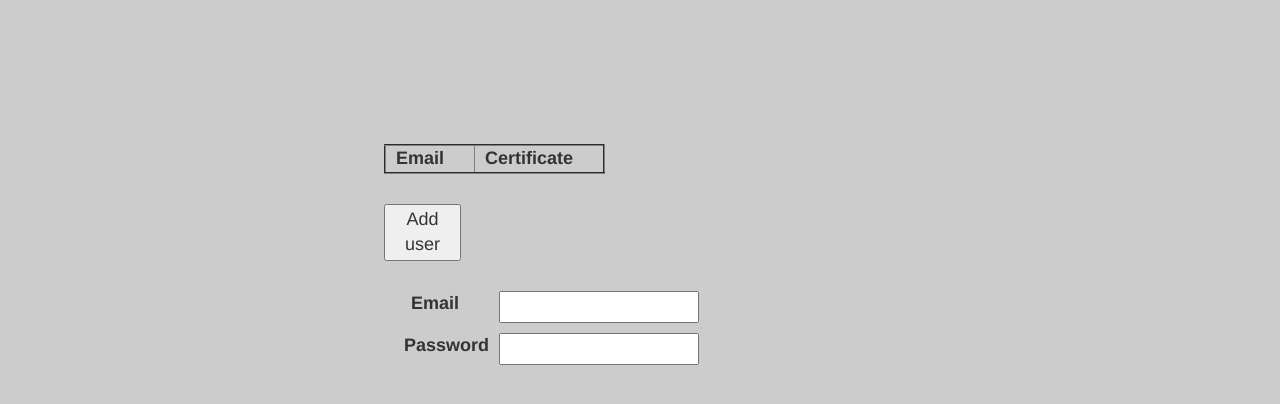
Repository: marijabroceta/ProjekatIB
Page: IB_Project_Shell/src/main/resources/static/main_page.html
An editor plug-in stored every save of this project. The page is shown before and after the next save, followed by the edit.
The browser window is 1280 px wide. The pictures show the whole page.
The page's requests for data from a server got no answer.

Above is the page before, as saved 2018-06-29 19:19:27.

### IB_Project_Shell/src/main/resources/static/main_page.html
<!DOCTYPE html>
<html>
<head>
	<title>Main</title>
	<script src="js/jquery-2.1.4.min.js"></script>
	<link rel="stylesheet" type="text/css" href="bootstrap/css/bootstrap.min.css"/>
    <script src="bootstrap/js/bootstrap.min.js"></script>
    <link rel="stylesheet" type="text/css" href="css/main_page.css">
    <script src="js/main_page.js" type="text/javascript"></script>
</head>
<body>
	<div id="table">
		<table id="users_table" border="2">
			<tr>
				<th>Email</th>
				<th>Certificate</th>
			</tr>
		</table>
		<button id="add_user">Add user</button>
		<div id="add_form">
			<form name="add_user_form" method="post" id="add_user_form">
		       	<label for="email">Email</label>
		 		<input type="text" id="email" name="email"><br>
		 		<label for="password">Password</label>
		 		<input type="password" id="password" name="password"><br>
		 		<input type="submit" name="submit" id="submit" value="submit" class="button" />
	    	</form>
		</div>
	</div>
</body>
</html>

### IB_Project_Shell/src/main/resources/static/css/main_page.css
#table{
	position: absolute;
    top: 20%;
    left: 30%;
    right: 30%;
    bottom: 20%;
    font-size: 18px;
}

th{
	padding-right: 30px;
	padding-left: 10px;
}

body {
    text-align: center;
    background: #ccc;
}

#add_user{
	margin-top: 30px;
	margin-right: 85%;
}

#add_form{
	margin-top: 30px;
}

label,input {
 display: block;
 width: 200px;
 float: left;
 margin-left: 20px;
 margin-bottom: 10px;

}

label {
 text-align: right;
 width: 75px;
 padding-right: 20px;
}

br {
 clear: left;
}

#submit{
	margin-left: 19%;
}

### IB_Project_Shell/src/main/resources/static/js/main_page.js
$(document).ready(function(){

	get_users();

	$('#submit').hide();

});

function table_header(){
	var table = $('#users_table');
	table.empty();
	table.append('<tr>'+
					'<th>Email</th>'+
					'<th>Certificate</th>'+
				'</tr>');
}

function get_users(){
	var token = localStorage.getItem("token");
	console.log(token);

	/*$.ajaxSetup({
		beforeSend : function(xhr) {
            xhr.setRequestHeader("Accept", "application/json");
            xhr.setRequestHeader("Content-Type", "application/json");
            xhr.setRequestHeader("Access-Control-Allow-Origin", "/api/users/*");
            xhr.setRequestHeader("Authorization", "Bearer " + token);

            console.log(xhr.getResponseHeader("Authorization"));
        }
	});*/

	$.ajax({

		headers:{"Authorization" :"Bearer " + token,
			"Access-Control-Allow-Origin": "/api/users/*"},
		type: 'GET',
		dataType:'json',
		crossDomain: true,
		url:'https://localhost:8443/api/users',
		success:function(response){
			table_header();
			var table = $('#users_table');
			for(var i=0; i<response.length; i++) {
				user = response[i];
				console.log(user.email);
				table.append('<tr class="data">'+
								'<td>'+user.email+'</td>'+
								'<td><button class="btn btn-default">Download</button></td>'+
							'</tr>');
			}
		}
	});
}

Loaded but not shown: IB_Project_Shell/src/main/resources/static/js/jquery-2.1.4.min.js (library); IB_Project_Shell/src/main/resources/static/bootstrap/css/bootstrap.min.css (library); IB_Project_Shell/src/main/resources/static/bootstrap/js/bootstrap.min.js (library)

After the next save:
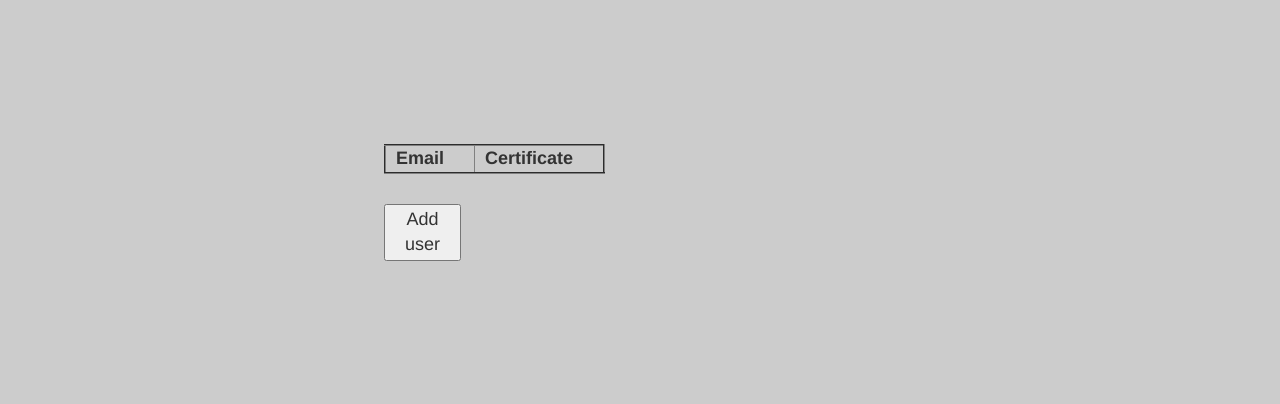
Saved 20 s later.
--- a/IB_Project_Shell/src/main/resources/static/js/main_page.js
+++ b/IB_Project_Shell/src/main/resources/static/js/main_page.js
@@ -2,7 +2,7 @@ $(document).ready(function(){
 
 	get_users();
 
-	$('#submit').hide();
+	$('#add_form').hide();
 
 });
 
